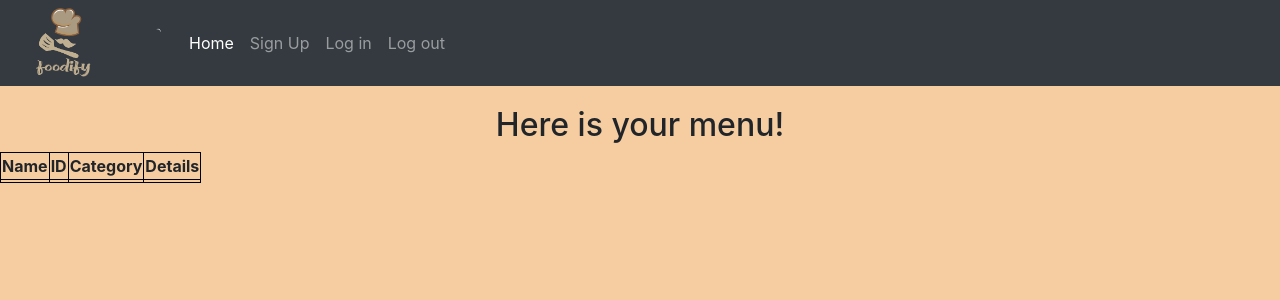
Repository: RanaHisham18/Foodify-Web-App
Page: Project IA raghda/usermenu.html
An editor plug-in stored every save of this project. The page is shown before and after a run of saves, followed by the edit.
The browser window is 1280 px wide. The pictures show the whole page.

Above is the page before, as saved 2022-01-06 18:25:32.

### Project IA raghda/usermenu.html
<!DOCTYPE html>
<html lang="en">
<head>
    <meta charset="UTF-8">
    <meta http-equiv="X-UA-Compatible" content="IE=edge">
    <meta name="viewport" content="width=device-width, initial-scale=1.0">
    <link rel="stylesheet" href="https://maxcdn.bootstrapcdn.com/bootstrap/4.0.0/css/bootstrap.min.css"
     integrity="sha384-Gn5384xqQ1aoWXA+058RXPxPg6fy4IWvTNh0E263XmFcJlSAwiGgFAW/dAiS6JXm" crossorigin="anonymous">
     <link rel ="stylesheet" href="usermenu.css">
    <title>Document</title>
</head>
<body>
    <!--Navigation Bar-->
 <nav class="navbar navbar-expand-lg navbar-dark bg-dark sticky-top">
    <img class="image" src="images/foodify.png" alt="Foodify logo">

       <button class="navbar-toggler" type="button" data-bs-toggle="collapse" data-bs-target="#navbarScroll" aria-controls="navbarScroll" aria-expanded="false" aria-label="Toggle navigation">
         <span class="navbar-toggler-icon"></span>
       </button>
     <div class="container-fluid">
         <div class="collapse navbar-collapse" id="navbarScroll">
           <ul class="navbar-nav me-auto my-2 my-lg-0 navbar-nav-scroll" style="--bs-scroll-height: 100px;">
             <li class="nav-item">
               <a class="nav-link active" aria-current="page" href="home.php">Home</a>
             </li>
             <li class="nav-item">
               <a class="nav-link" href="register.php">Sign Up</a>
             </li>
             <li class="nav-item">
               <a class="nav-link" href="login.php">Log in</a>
             </li>
             <li class="nav-item">
               <a class="nav-link" href="login.php">Log out</a>

             </li>
           </ul>

         </div>
       </div>
   </nav>

   <h2>Here is your menu!</h2>

   <table>
<tr>
    <th>Name</th>
    <th>ID</th>
    <th>Category</th>
    <th>Details</th>
</tr>

<tr>
    <td></td>
    <td></td>
    <td></td>
    <td></td>
</tr>



   </table>
</body>
</html>

### Project IA raghda/usermenu.css
.image{
    cursor: pointer;
    height:70px;
     width:130px;
    margin-left: 20px;
  }
  .scroll{
      margin-top:200px;
      margin-left:50px;
  }
body
{
    background-color: #f5cda0;
}
h2{
    text-align: center;
    margin-top:  20px;
}
table, th, td {
    border:1px solid black;
  }

After the next 3 saves:
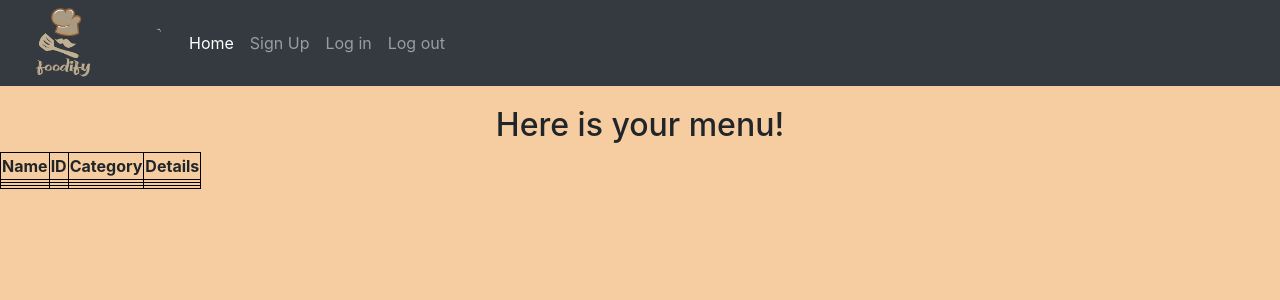
The 3 saves are shown as one change because they came seconds apart.
The last was saved 17 s later.
--- a/Project IA raghda/usermenu.html
+++ b/Project IA raghda/usermenu.html
@@ -56,7 +56,19 @@
     <td></td>
 </tr>
 
+<tr>
+    <td></td>
+    <td></td>
+    <td></td>
+    <td></td>
+</tr>
 
+<tr>
+    <td></td>
+    <td></td>
+    <td></td>
+    <td></td>
+</tr>
 
    </table>
 </body>
